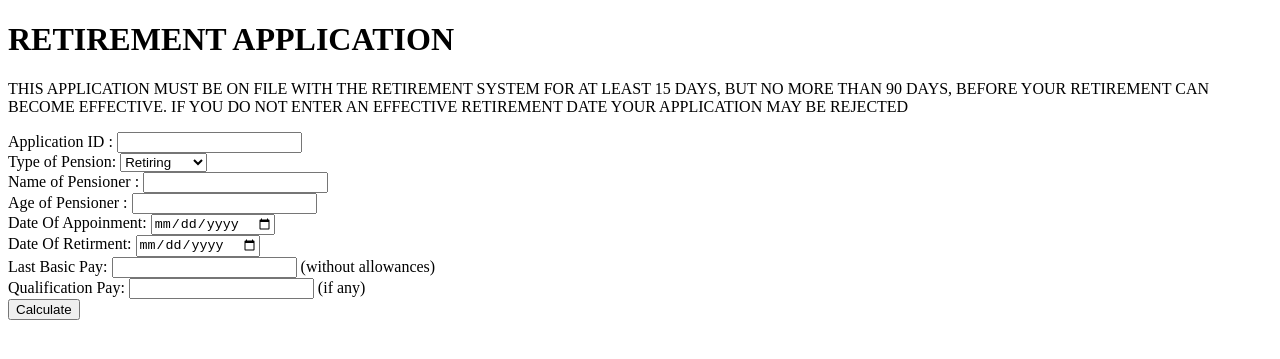
Repository: AQSA-ABDULLAH/RetirementManagmentSystem
Page: RetimentManagmentSystem/src/main/webapp/RetirementApplicationForm.html
The author's editor kept a copy of each file at every save. The page is drawn from the files as they stood at one save, then again after the next save.
The browser window is 1280 px wide. The pictures show the whole page.

Above is the page before, as saved 2023-08-13 18:09:30.

After the next save:
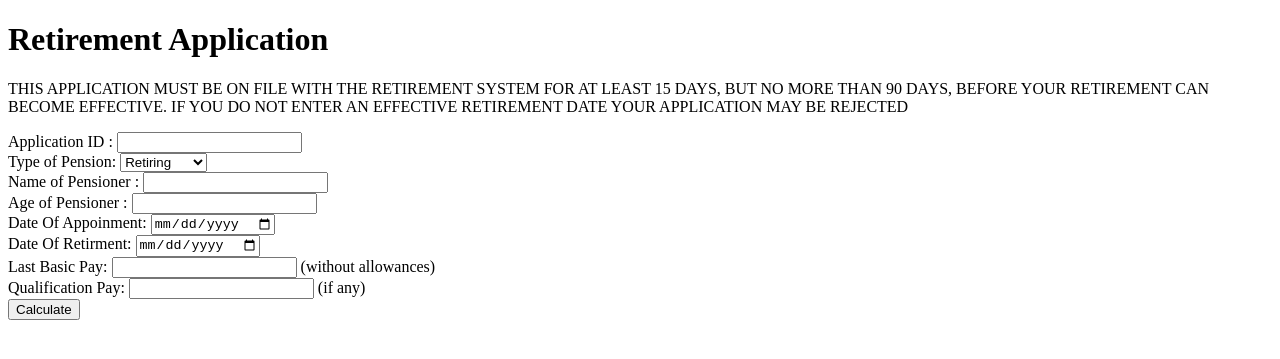
Saved 39 s later.
--- a/RetimentManagmentSystem/src/main/webapp/RetirementApplicationForm.html
+++ b/RetimentManagmentSystem/src/main/webapp/RetirementApplicationForm.html
@@ -5,7 +5,7 @@
 <title>Retirment Application</title>
 </head>
 <body>
-  <h1>RETIREMENT APPLICATION</h1>
+  <h1>Retirement Application</h1>
   <form method="post" action="myservlet">
 
 	<p>THIS APPLICATION MUST BE ON FILE WITH THE RETIREMENT SYSTEM FOR AT LEAST 15 DAYS, BUT NO MORE THAN 90
